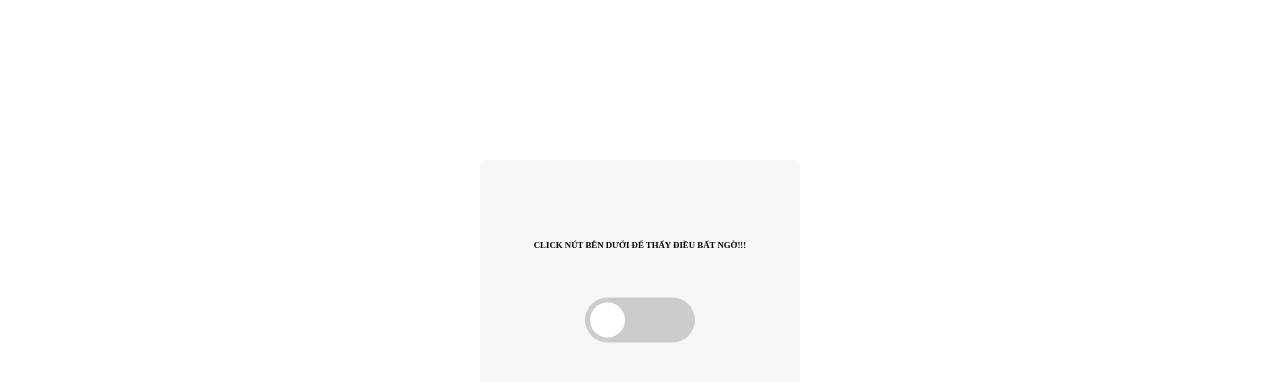
Repository: haokiet2501/troll-my-react
Page: /
The author's editor kept a copy of each file at every save. The page is drawn from the files as they stood at one save, then again after the next save.
The browser window is 1280 px wide. The pictures show the whole page.
The project was rebuilt for these pictures with package versions that can differ from the ones it lists, and the page was loaded fresh each time. Also part of the build but not shown: src/components/Todo.jsx.

Above is the page before, as saved 2022-07-30 23:41:52.

### src/index.css
.toggle-center {
  position: absolute;
  top: 50%;
  left: 50%;
  transform: translate(-50%, -50%);
  width: 25rem;
  height: 25rem;
  border-radius: 0.25rem;
  background-color: #f8f7f7;
}

.toggle-center:hover {
  box-shadow: 0 4px 8px rgba(0, 0, 0, 0.25);
}

.toggle {
  position: absolute;
  top: 40%;
  left: 50%;
  transform: translate(-50%, -50%);
}

.todo-center {
  position: absolute;
  top: 62%;
  left: 50%;
  transform: translate(-50%, -50%);
  z-index: 999;
}

.todo-center .todo-img img {
  object-fit: cover;
  width: 75px;
  height: 75px;
}

.todo-img {
  display: flex;
  justify-content: center;
  align-items: center;
}

.toggle {
  width: 100px;
  height: 35px;
  background-color: #ccc;
  padding: 5px;
  border-radius: 100rem;
  cursor: pointer;
}

.toggle.active {
  background-color: #429EBD;
}

.toggle-title {
  position: relative;
  top: 20%;
  font-weight: 600;
  text-transform: uppercase;
  display: flex;
  justify-content: center;
  align-items: center;
}

.spinner {
  position: absolute;
  width: 35px;
  height: 35px;
  left: 0;
  margin-left: 5px;
  border-radius: 50%;
  background-color: #fff;
  transition: 0.3s linear;
}

.spinner.active {
  transform: translateX(65px);
  transition: 0.3s linear;
}

.toggle-on {
  margin-right: 0.5rem;
}

h3 {
  color: #333;
}

p {
  color: rgb(82, 81, 81);
  display: flex;
  justify-content: center;
  align-items: center;
}

@media screen and (max-width: 320px) {
  .toggle-center {
    width: 15rem;
  }

  .toggle-title {
    font-size: 0.55rem;
  }

  h3 {
    font-size: 0.65rem;
  }

  p {
    font-size: 0.5rem;
  }
}

@media screen and (min-width: 375px) {
  .toggle-center {
    width: 20rem;
  }

  .toggle-title {
    font-size: 0.55rem;
  }

  h3 {
    font-size: 0.65rem;
  }

  p {
    font-size: 0.5rem;
  }
}

### src/App.js
import Toggle from "./components/Toggle";

function App() {
  return (
    <>
      <Toggle />
    </>
  );
}

export default App;

### src/components/Toggle.jsx
import { useState } from "react"
import Todo from "./Todo";

const Toggle = () => {
    const [on, setOn] = useState(false);

    const handleClick = () => {
        setOn((on) => !on);
    }

    return (
        <>
            {on && <Todo />}
            <div className="toggle-center" onClick={handleClick}>
                <div className="toggle-title">Click nút bên dưới để thấy điều bất ngờ!!!</div>
                <div className={`toggle ${on ? 'active' : ''}`}>
                    <div className={`spinner ${on ? 'active' : ''}`}></div>
                </div>
            </div>
        </>
    )
}

export default Toggle

Loaded but not shown: public/index.html (common file); src/index.js (common file); src/reportWebVitals.js (common file)

After the next save:
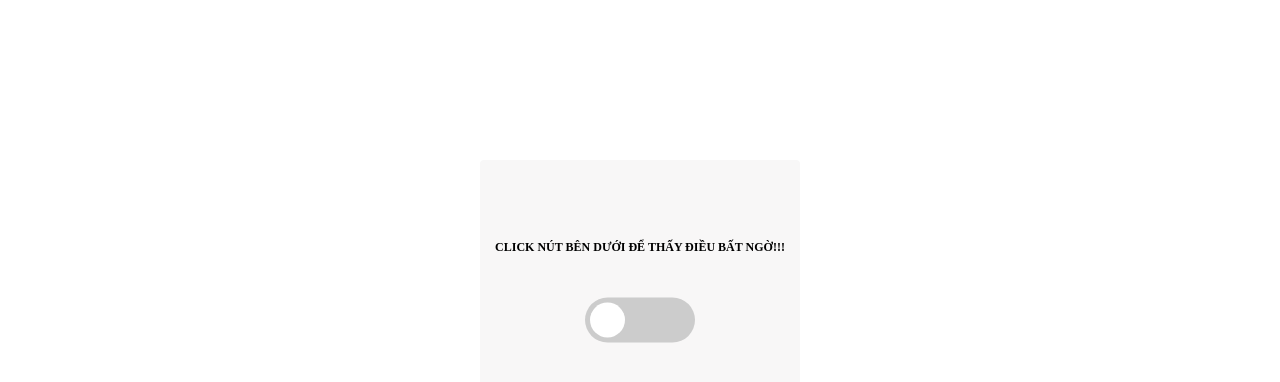
Saved 7 s later.
--- a/src/index.css
+++ b/src/index.css
@@ -118,7 +118,7 @@ p {
   }
 
   .toggle-title {
-    font-size: 0.55rem;
+    font-size: 0.75rem;
   }
 
   h3 {
